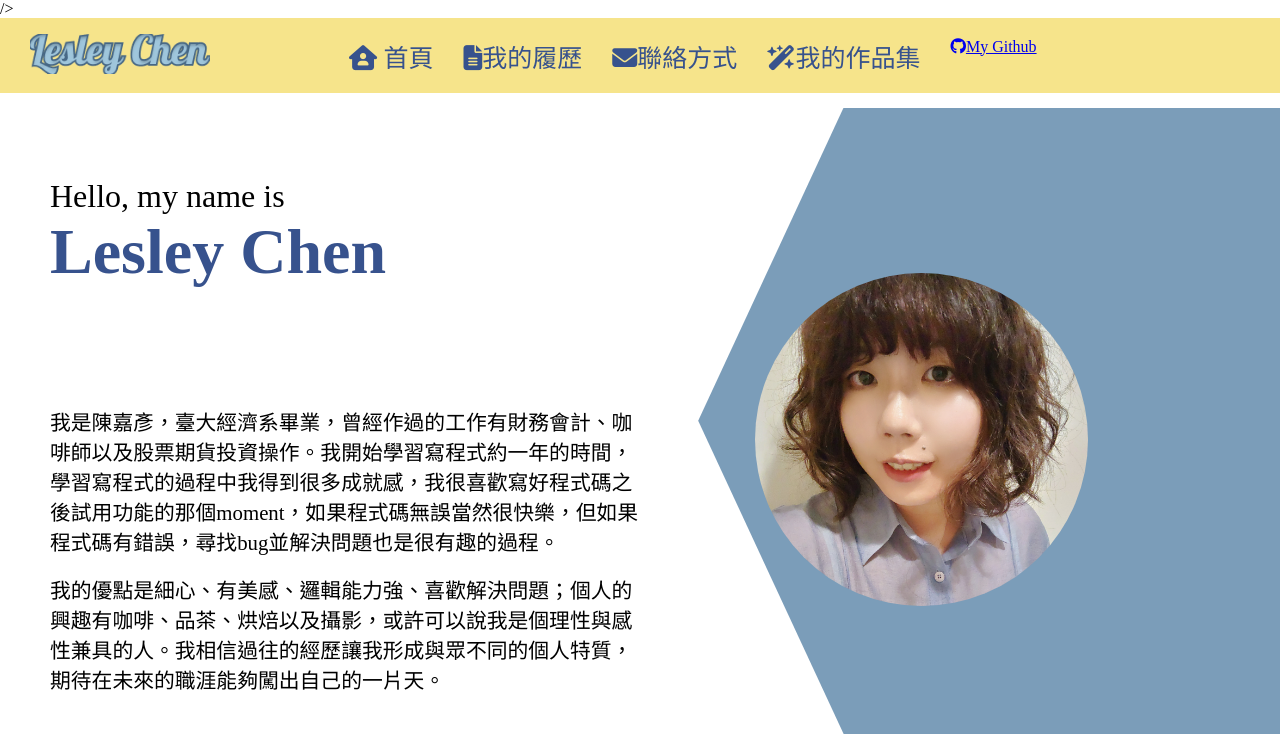
Repository: lcjyc/portfolio-website
Page: /
An editor plug-in stored every save of this project. The page is shown before and after the next save, followed by the edit.
The browser window is 1280 px wide. The pictures show the whole page.
Some web libraries are served in a nearby version. The project was rebuilt for these pictures with package versions that can differ from the ones it lists, and the page was loaded fresh each time. Also part of the build but not shown: src/pages/resume/resume.css, src/pages/resume/Resume.jsx, src/pages/contact/contact.css, src/pages/contact/Contact.jsx, src/pages/portfolio/Portfolio.jsx.

Above is the page before, as saved 2022-08-21 16:28:50.

After the next save:
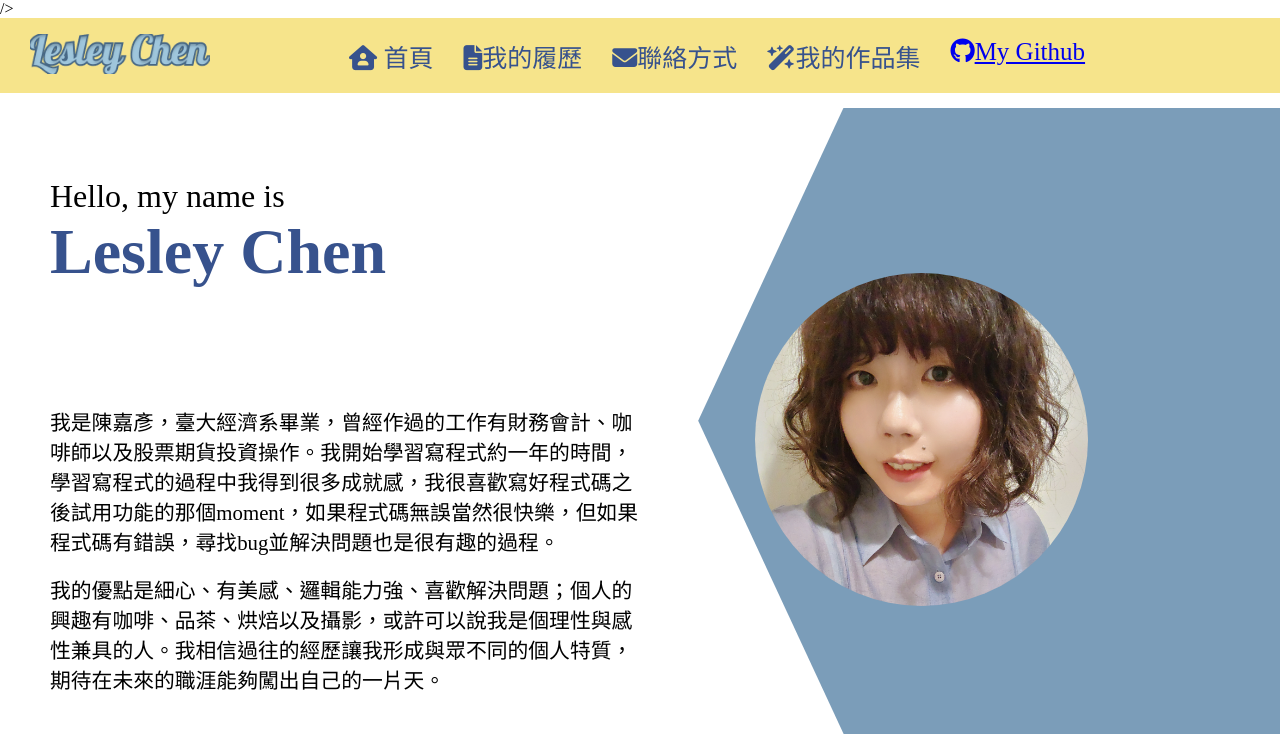
Saved 42 s later.
--- a/src/components/topbar/TopBar.jsx
+++ b/src/components/topbar/TopBar.jsx
@@ -31,7 +31,7 @@ export default function TopBar() {
               <i class="fa-solid fa-wand-magic-sparkles"></i>我的作品集
             </Link>
           </li>
-          <li>
+          <li className="topListItem">
             <a href="https://github.com/lcjyc/">
               <i class="fa-brands fa-github"></i>My Github
             </a>
